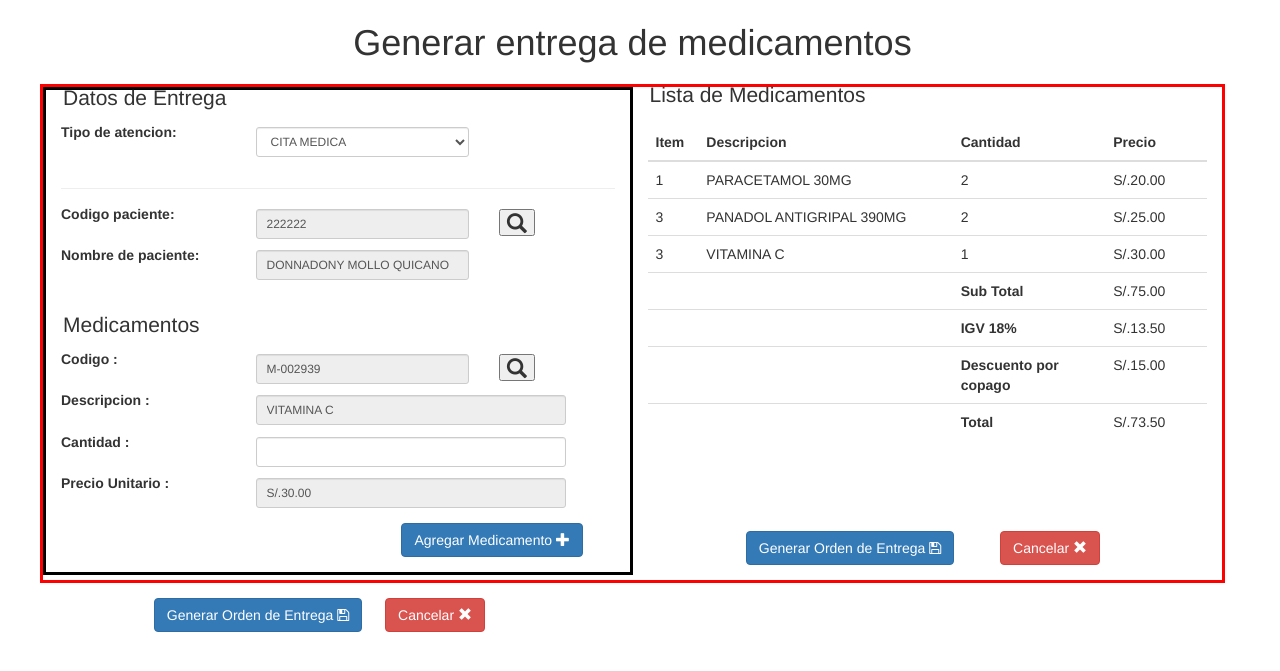
Repository: Donyx10/ADSII-ProyectoClinica
Page: http://localhost/AvanceWeb/GenerarOrdenDeEntregaDeMedicamentos2.jsp
These files come from the project's save history. The page is drawn as it stood at one moment and after the next save; the edit follows.
The browser window is 1280 px wide. The pictures show the whole page.
Some web fonts or font styles are not loaded; a fallback is used. The page is served by Tomcat 9.

Above is the page before, as saved 2018-06-07 16:39:55.

After the next save:
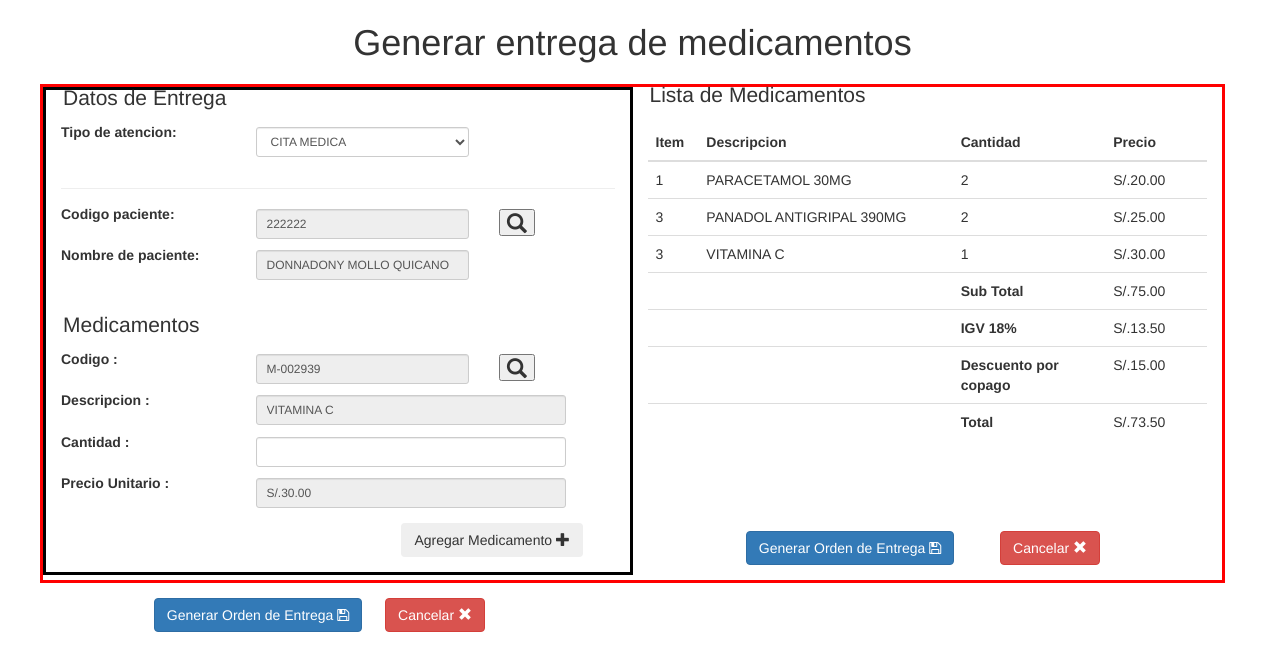
Saved 9 s later.
--- a/WebDemo/AvanceWeb/WebContent/GenerarOrdenDeEntregaDeMedicamentos2.jsp
+++ b/WebDemo/AvanceWeb/WebContent/GenerarOrdenDeEntregaDeMedicamentos2.jsp
@@ -168,7 +168,7 @@
 								</div>
 								<div class="col-md-1"></div>
 								<div class="col-md-3">
-									<button type="submit" class="btn btn-primary">
+									<button type="submit" class="btn btn-succes">
 										Agregar Medicamento <i class="glyphicon glyphicon-plus"></i>
 									</button>
 								</div>
